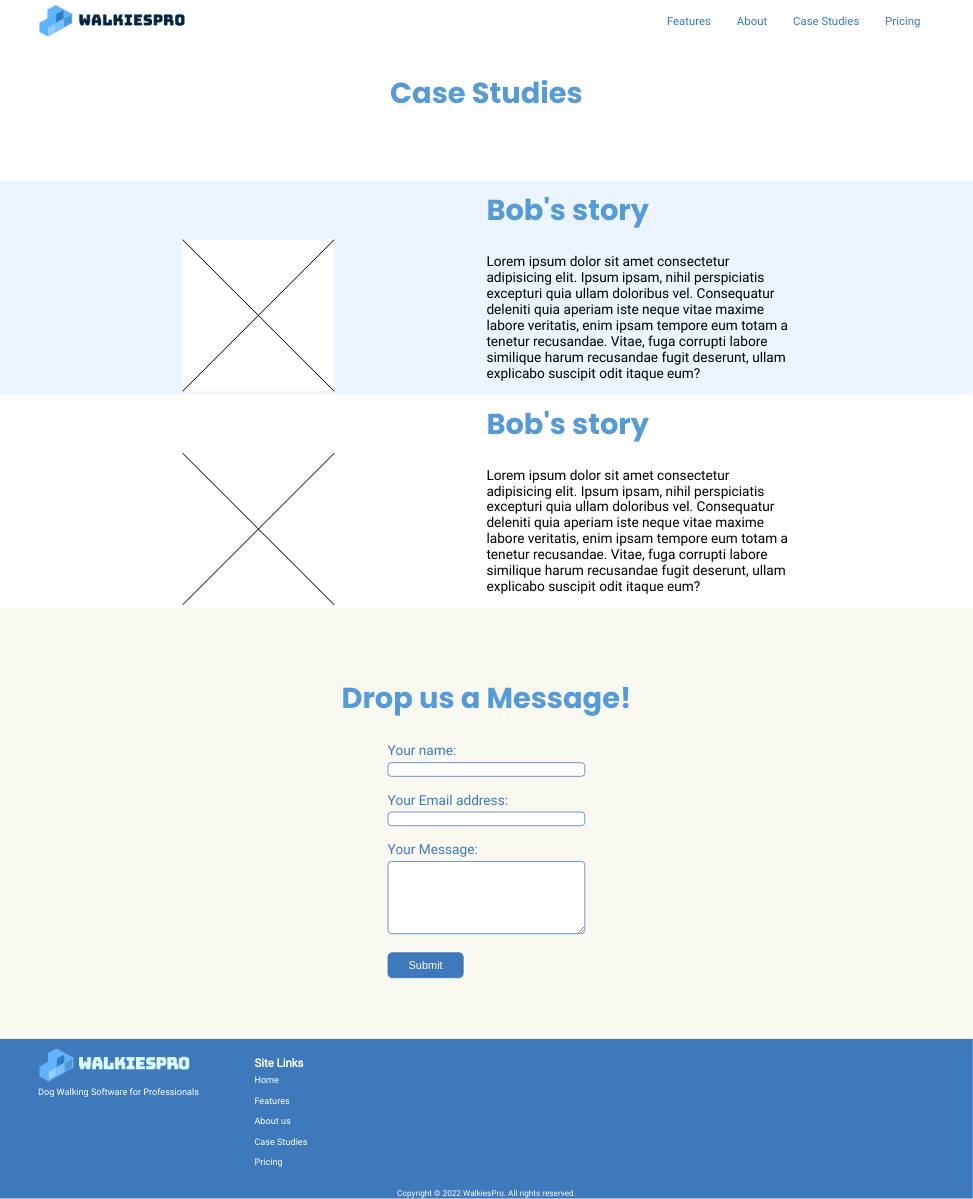
Repository: StevieC87/LAYOUT4
Page: case-studies.html
The author's editor kept a copy of each file at every save. The page is drawn from the files as they stood at one save, then again after the next save.
The browser window is 1280 px wide. The pictures show the whole page, at 76% of full size.

Above is the page before, as saved 2022-01-02 18:34:02.

After the next save:
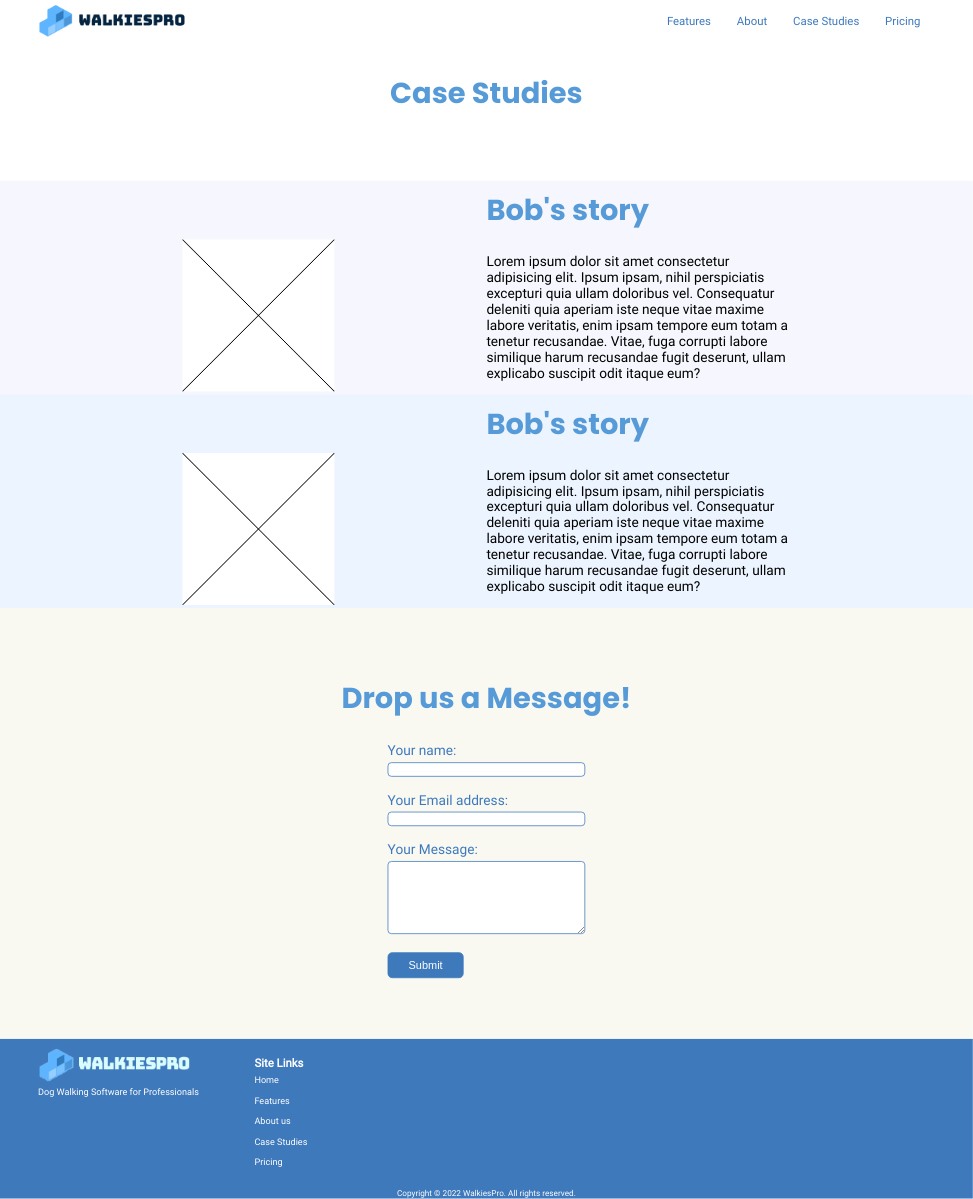
Saved 13 s later.
--- a/css/casestudies.css
+++ b/css/casestudies.css
@@ -12,7 +12,7 @@
 .bgrcolor1 {
   background-color: #f6f7fe;
 }
-.bgrcolor1 {
+.bgrcolor2 {
   background-color: #ecf4ff;
 }
 @media (min-width: 336px) {
